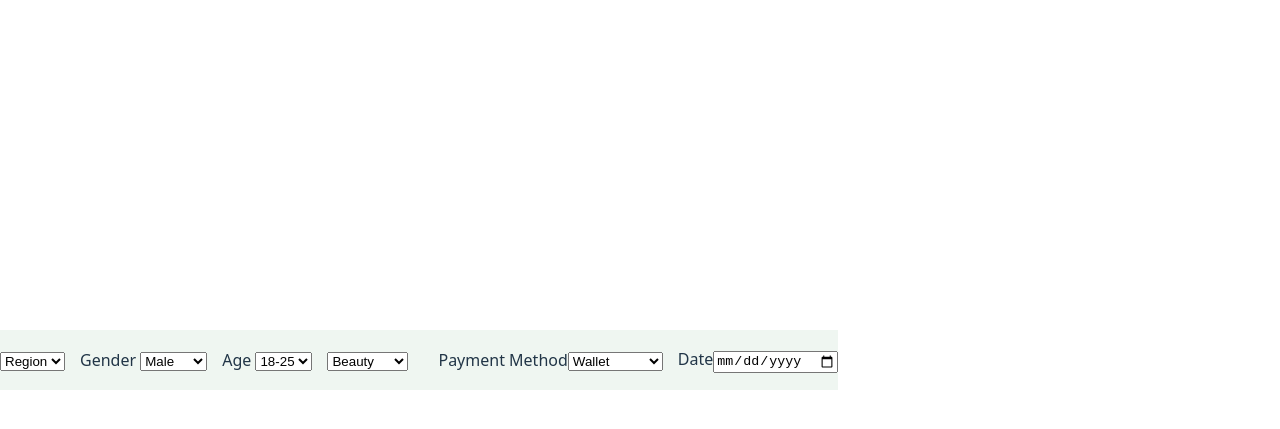
Repository: SandeepYadav18717/TruEstae
Page: / (app in TruEstae/)
The author's editor kept a copy of each file at every save. The page is drawn from the files as they stood at one save, then again after a run of saves.
The browser window is 1280 px wide. The pictures show the whole page.
The project was rebuilt for these pictures with package versions that can differ from the ones it lists, and the page was loaded fresh each time. Also part of the build but not shown: TruEstae/vite.config.js, TruEstae/src/App.css, TruEstae/src/Styles/Logo.css, TruEstae/src/Pages/Logo.jsx, TruEstae/src/Styles/search_bar.css, TruEstae/src/components/search_bar.jsx.

Above is the page before, as saved 2025-12-07 00:52:23.

### TruEstae/index.html
<!doctype html>
<html lang="en">
  <head>
    <meta charset="UTF-8" />
    <link rel="icon" type="image/svg+xml" href="/vite.svg" />
    <meta name="viewport" content="width=device-width, initial-scale=1.0" />
    <title>javascript</title>
  </head>
  <body>
    <div id="root"></div>
    <script type="module" src="/src/main.jsx"></script>
  </body>
</html>

### TruEstae/src/App.jsx
import { useState } from 'react'
import reactLogo from './assets/react.svg'
import viteLogo from '/vite.svg'
import './App.css'

import Logo from './Pages/Logo.jsx'
import SearchBar from './components/search_bar.jsx'
import Home from './Pages/Home.jsx'

function App() {
  return (
    <>


     <Home />
    </>
  )
}

export default App

### TruEstae/src/Pages/Home.jsx
import Logo from "./Logo.jsx";
import SearchBar from "../components/search_bar.jsx";
import "../Styles/Home.css";
function Home() {
  return (
    <>
      <div className="Container_Ui">
        <div id="Customer_Region">

          <select>
  <option value="" hidden>Region</option>
  <option>Central</option>
  <option>North</option>
  <option>South</option>
  <option>East</option>
  <option>West</option>
</select>

          </div>

      <div id="Gender">
        <label>Gender </label>
        <select>
          <option>Male</option>
          <option>Female</option>
        </select>
      </div>

      <div id="Age">
        <label>Age </label>
        <select>
          <option>18-25</option>
          <option>26-35</option>
          <option>36-50</option>
          <option>50+</option>
        </select>
      </div>

      <div id="Product_Category">
        <select>
          <option>Beauty</option>
          <option>Electronic</option>
          <option>Clothing</option>
        </select>
      </div>

      <div id="Tags"></div>

      <div id="Payment_Method">
        <label>Payment Method</label>
        <select>
          <option>Wallet</option>
          <option>Cash</option>
          <option>Card</option>
          <option>UPI</option>
          <option>Net Banking</option>
        </select>
      </div>

      <div id="Date">
        <label>Date</label>
        <input type="date" />
      </div>
</div>
    </>
  );
}
export default Home;

### TruEstae/src/Styles/Home.css
.Container_Ui {
  display: flex;
  gap:15px;
  flex-direction: row;
  align-items: center;
  justify-content: center;
  height: 100vh;
  background-color: #eff6f1;
  height:60px;
  width: 100%;
}

Loaded but not shown: TruEstae/src/main.jsx (common file); TruEstae/src/index.css (common file)

After the next 2 saves:
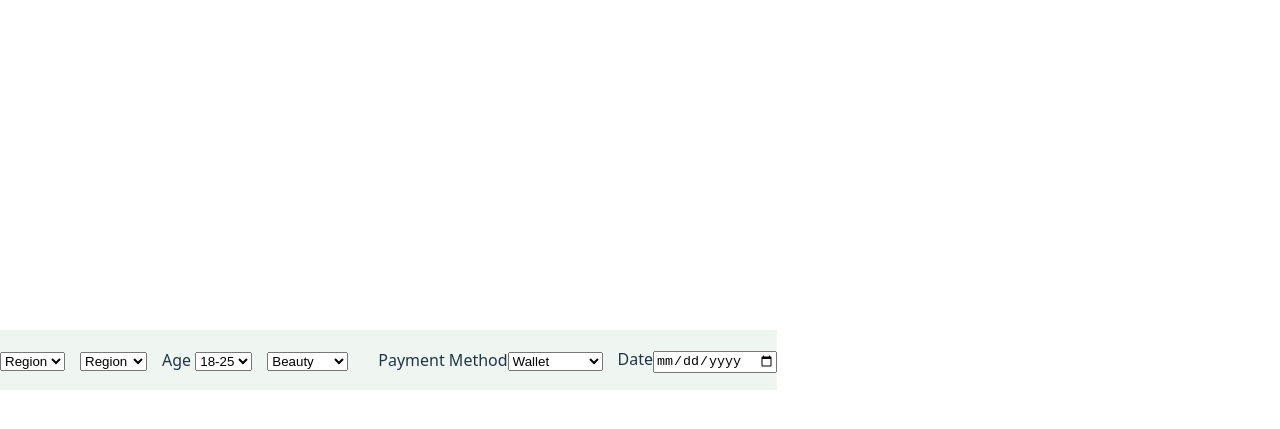
The 2 saves are shown as one change because they came seconds apart.
The last was saved 30 s later.
--- a/TruEstae/src/Pages/Home.jsx
+++ b/TruEstae/src/Pages/Home.jsx
@@ -19,8 +19,9 @@ function Home() {
           </div>
 
       <div id="Gender">
-        <label>Gender </label>
+
         <select>
+            <option value="" hidden>Region</option>
           <option>Male</option>
           <option>Female</option>
         </select>
